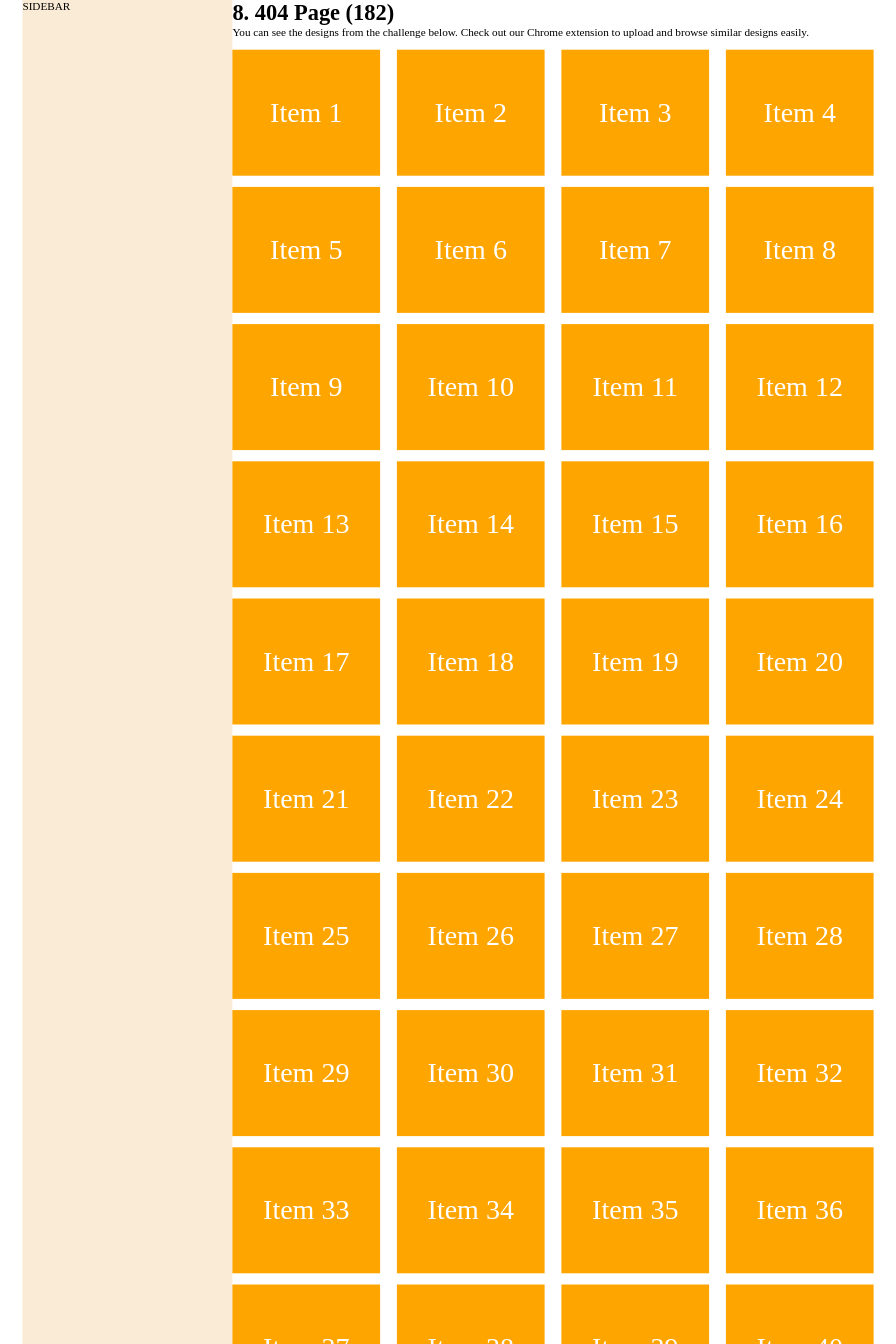
Repository: Huy48552/Grid-base
Page: layout2.html
The author's editor kept a copy of each file at every save. The page is drawn from the files as they stood at one save, then again after the next save.
The browser window is 1280 px wide. The pictures show the part of the page from y = 0 to 1920 px (the page is 4955 px tall), at 70% of full size.

Above is the page before, as saved 2021-08-23 16:04:53.

### layout2.html
<!DOCTYPE html>
<html lang="en">
<head>
    <meta charset="UTF-8">
    <meta http-equiv="X-UA-Compatible" content="IE=edge">
    <meta name="viewport" content="width=device-width, initial-scale=1.0">
    <link rel="stylesheet" href="./base.css">
    <link rel="stylesheet" href="./style.css">
    <title>Document</title>
</head>
<body>
    <div class="main">
        <div class="sidebar hide-on-tablet hide-on-mobile">SIDEBAR</div>

        <div class="content">
           <h1>8. 404 Page (182)</h1>
           <p>You can see the designs from the challenge below. Check out our Chrome extension to upload and browse similar designs easily.</p>

           <div class="row">
               <div class="col l-3 m-4 c-12 ">
                   <div class="item">Item 1</div>
               </div>
               <div class="col l-3 m-4 c-12 ">
                   <div class="item">Item 2</div>
               </div>
               <div class="col l-3 m-4 c-12 ">
                   <div class="item">Item 3</div>
               </div>
               <div class="col l-3 m-4 c-12 ">
                   <div class="item">Item 4</div>
               </div>
               <div class="col l-3 m-4 c-12 ">
                   <div class="item">Item 5</div>
               </div>
               <div class="col l-3 m-4 c-12 ">
                   <div class="item">Item 6</div>
               </div>
               <div class="col l-3 m-4 c-12 ">
                   <div class="item">Item 7</div>
               </div>
               <div class="col l-3 m-4 c-12 ">
                   <div class="item">Item 8</div>
               </div>
               <div class="col l-3 m-4 c-12 ">
                   <div class="item">Item 9</div>
               </div>
               <div class="col l-3 m-4 c-12 ">
                   <div class="item">Item 10</div>
               </div>
               <div class="col l-3 m-4 c-12 ">
                   <div class="item">Item 11</div>
               </div>
               <div class="col l-3 m-4 c-12 ">
                   <div class="item">Item 12</div>
               </div>
               <div class="col l-3 m-4 c-12 ">
                   <div class="item">Item 13</div>
               </div>
               <div class="col l-3 m-4 c-12 ">
                   <div class="item">Item 14</div>
               </div>
               <div class="col l-3 m-4 c-12 ">
                   <div class="item">Item 15</div>
               </div>
               <div class="col l-3 m-4 c-12 ">
                   <div class="item">Item 16</div>
               </div>
               <div class="col l-3 m-4 c-12 ">
                   <div class="item">Item 17</div>
               </div>
               <div class="col l-3 m-4 c-12 ">
                   <div class="item">Item 18</div>
               </div>
               <div class="col l-3 m-4 c-12 ">
                   <div class="item">Item 19</div>
               </div>
               <div class="col l-3 m-4 c-12 ">
                   <div class="item">Item 20</div>
               </div>
               <div class="col l-3 m-4 c-12 ">
                   <div class="item">Item 21</div>
               </div>
               <div class="col l-3 m-4 c-12 ">
                   <div class="item">Item 22</div>
               </div>
               <div class="col l-3 m-4 c-12 ">
                   <div class="item">Item 23</div>
               </div>
               <div class="col l-3 m-4 c-12 ">
                   <div class="item">Item 24</div>
               </div>
               <div class="col l-3 m-4 c-12 ">
                   <div class="item">Item 25</div>
               </div>
               <div class="col l-3 m-4 c-12 ">
                   <div class="item">Item 26</div>
               </div>
               <div class="col l-3 m-4 c-12 ">
                   <div class="item">Item 27</div>
               </div>
               <div class="col l-3 m-4 c-12 ">
                   <div class="item">Item 28</div>
               </div>
               <div class="col l-3 m-4 c-12 ">
                   <div class="item">Item 29</div>
               </div>
               <div class="col l-3 m-4 c-12 ">
                   <div class="item">Item 30</div>
               </div>
               <div class="col l-3 m-4 c-12 ">
                   <div class="item">Item 31</div>
               </div>
               <div class="col l-3 m-4 c-12 ">
                   <div class="item">Item 32</div>
               </div>
               <div class="col l-3 m-4 c-12 ">
                   <div class="item">Item 33</div>
               </div>
               <div class="col l-3 m-4 c-12 ">
                   <div class="item">Item 34</div>
               </div>
               <div class="col l-3 m-4 c-12 ">
                   <div class="item">Item 35</div>
               </div>
               <div class="col l-3 m-4 c-12 ">
                   <div class="item">Item 36</div>
               </div>
               <div class="col l-3 m-4 c-12 ">
                   <div class="item">Item 37</div>
               </div>
               <div class="col l-3 m-4 c-12 ">
                   <div class="item">Item 38</div>
               </div>
               <div class="col l-3 m-4 c-12 ">
                   <div class="item">Item 39</div>
               </div>
               <div class="col l-3 m-4 c-12 ">
                   <div class="item">Item 40</div>
               </div>
               <div class="col l-3 m-4 c-12 ">
                   <div class="item">Item 41</div>
               </div>
               <div class="col l-3 m-4 c-12 ">
                   <div class="item">Item 42</div>
               </div>
               <div class="col l-3 m-4 c-12 ">
                   <div class="item">Item 43</div>
               </div>
               <div class="col l-3 m-4 c-12 ">
                   <div class="item">Item 44</div>
               </div>
               <div class="col l-3 m-4 c-12 ">
                   <div class="item">Item 45</div>
               </div>
               <div class="col l-3 m-4 c-12 ">
                   <div class="item">Item 46</div>
               </div>
               <div class="col l-3 m-4 c-12 ">
                   <div class="item">Item 47</div>
               </div>
               <div class="col l-3 m-4 c-12 ">
                   <div class="item">Item 48</div>
               </div>
               <div class="col l-3 m-4 c-12 ">
                   <div class="item">Item 49</div>
               </div>
               <div class="col l-3 m-4 c-12 ">
                   <div class="item">Item 50</div>
               </div>
               <div class="col l-3 m-4 c-12 ">
                   <div class="item">Item 51</div>
               </div>
               <div class="col l-3 m-4 c-12 ">
                   <div class="item">Item 52</div>
               </div>
               <div class="col l-3 m-4 c-12 ">
                   <div class="item">Item 53</div>
               </div>
               <div class="col l-3 m-4 c-12 ">
                   <div class="item">Item 54</div>
               </div>
               <div class="col l-3 m-4 c-12 ">
                   <div class="item">Item 55</div>
               </div>
               <div class="col l-3 m-4 c-12 ">
                   <div class="item">Item 56</div>
               </div>
               <div class="col l-3 m-4 c-12 ">
                   <div class="item">Item 57</div>
               </div>
               <div class="col l-3 m-4 c-12 ">
                   <div class="item">Item 58</div>
               </div>
               <div class="col l-3 m-4 c-12 ">
                   <div class="item">Item 59</div>
               </div>
               <div class="col l-3 m-4 c-12 ">
                   <div class="item">Item 60</div>
               </div>
               <div class="col l-3 m-4 c-12 ">
                   <div class="item">Item 61</div>
               </div>
               <div class="col l-3 m-4 c-12 ">
                   <div class="item">Item 62</div>
               </div>
               <div class="col l-3 m-4 c-12 ">
                   <div class="item">Item 63</div>
               </div>
               <div class="col l-3 m-4 c-12 ">
                   <div class="item">Item 64</div>
               </div>
               <div class="col l-3 m-4 c-12 ">
                   <div class="item">Item 65</div>
               </div>
               <div class="col l-3 m-4 c-12 ">
                   <div class="item">Item 66</div>
               </div>
               <div class="col l-3 m-4 c-12 ">
                   <div class="item">Item 67</div>
               </div>
               <div class="col l-3 m-4 c-12 ">
                   <div class="item">Item 68</div>
               </div>
               <div class="col l-3 m-4 c-12 ">
                   <div class="item">Item 69</div>
               </div>
               <div class="col l-3 m-4 c-12 ">
                   <div class="item">Item 70</div>
               </div>
               <div class="col l-3 m-4 c-12 ">
                   <div class="item">Item 71</div>
               </div>
               <div class="col l-3 m-4 c-12 ">
                   <div class="item">Item 72</div>
               </div>
               <div class="col l-3 m-4 c-12 ">
                   <div class="item">Item 73</div>
               </div>
               <div class="col l-3 m-4 c-12 ">
                   <div class="item">Item 74</div>
               </div>
               <div class="col l-3 m-4 c-12 ">
                   <div class="item">Item 75</div>
               </div>
               <div class="col l-3 m-4 c-12 ">
                   <div class="item">Item 76</div>
               </div>
               <div class="col l-3 m-4 c-12 ">
                   <div class="item">Item 77</div>
               </div>
               <div class="col l-3 m-4 c-12 ">
                   <div class="item">Item 78</div>
               </div>
               <div class="col l-3 m-4 c-12 ">
                   <div class="item">Item 79</div>
               </div>
               <div class="col l-3 m-4 c-12 ">
                   <div class="item">Item 80</div>
               </div>
               <div class="col l-3 m-4 c-12 ">
                   <div class="item">Item 81</div>
               </div>
               <div class="col l-3 m-4 c-12 ">
                   <div class="item">Item 82</div>
               </div>
               <div class="col l-3 m-4 c-12 ">
                   <div class="item">Item 83</div>
               </div>
               <div class="col l-3 m-4 c-12 ">
                   <div class="item">Item 84</div>
               </div>
               <div class="col l-3 m-4 c-12 ">
                   <div class="item">Item 85</div>
               </div>
               <div class="col l-3 m-4 c-12 ">
                   <div class="item">Item 86</div>
               </div>
               <div class="col l-3 m-4 c-12 ">
                   <div class="item">Item 87</div>
               </div>
               <div class="col l-3 m-4 c-12 ">
                   <div class="item">Item 88</div>
               </div>
               <div class="col l-3 m-4 c-12 ">
                   <div class="item">Item 89</div>
               </div>
               <div class="col l-3 m-4 c-12 ">
                   <div class="item">Item 90</div>
               </div>
               <div class="col l-3 m-4 c-12 ">
                   <div class="item">Item 91</div>
               </div>
               <div class="col l-3 m-4 c-12 ">
                   <div class="item">Item 92</div>
               </div>
               <div class="col l-3 m-4 c-12 ">
                   <div class="item">Item 93</div>
               </div>
               <div class="col l-3 m-4 c-12 ">
                   <div class="item">Item 94</div>
               </div>
               <div class="col l-3 m-4 c-12 ">
                   <div class="item">Item 95</div>
               </div>
               <div class="col l-3 m-4 c-12 ">
                   <div class="item">Item 96</div>
               </div>
               <div class="col l-3 m-4 c-12 ">
                   <div class="item">Item 97</div>
               </div>
               <div class="col l-3 m-4 c-12 ">
                   <div class="item">Item 98</div>
               </div>
               <div class="col l-3 m-4 c-12 ">
                   <div class="item">Item 99</div>
               </div>
               <div class="col l-3 m-4 c-12 ">
                   <div class="item">Item 100</div>
               </div>
           </div>
        </div>
    </div>
</body>
</html>

### base.css
.grid {
    width: 100%;
    display: block;
    padding: 0;
}

.grid.wide {
    max-width: 1200px;
    margin: 0 auto;
}

.row {
    display: flex;
    flex-wrap: wrap;
    margin-left: -4px;
    margin-right: -4px;
}

.row.no-gutters {
    margin-left: 0;
    margin-right: 0;
}

.col {
    padding-left: 4px;
    padding-right: 4px;
}

.row.no-gutters .col {
    padding-left: 0;
    padding-right: 0;
}

.c-0 {
    display: none;
}

.c-1 {
    flex: 0 0 8.33333%;
    max-width: 8.33333%;
}

.c-2 {
    flex: 0 0 16.66667%;
    max-width: 16.66667%;
}

.c-3 {
    flex: 0 0 25%;
    max-width: 25%;
}

.c-4 {
    flex: 0 0 33.33333%;
    max-width: 33.33333%;
}

.c-5 {
    flex: 0 0 41.66667%;
    max-width: 41.66667%;
}

.c-6 {
    flex: 0 0 50%;
    max-width: 50%;
}

.c-7 {
    flex: 0 0 58.33333%;
    max-width: 58.33333%;
}

.c-8 {
    flex: 0 0 66.66667%;
    max-width: 66.66667%;
}

.c-9 {
    flex: 0 0 75%;
    max-width: 75%;
}

.c-10 {
    flex: 0 0 83.33333%;
    max-width: 83.33333%;
}

.c-11 {
    flex: 0 0 91.66667%;
    max-width: 91.66667%;
}

.c-12 {
    flex: 0 0 100%;
    max-width: 100%;
}

.c-o-1 {
    margin-left: 8.33333%;
}

.c-o-2 {
    margin-left: 16.66667%;
}

.c-o-3 {
    margin-left: 25%;
}

.c-o-4 {
    margin-left: 33.33333%;
}

.c-o-5 {
    margin-left: 41.66667%;
}

.c-o-6 {
    margin-left: 50%;
}

.c-o-7 {
    margin-left: 58.33333%;
}

.c-o-8 {
    margin-left: 66.66667%;
}

.c-o-9 {
    margin-left: 75%;
}

.c-o-10 {
    margin-left: 83.33333%;
}

.c-o-11 {
    margin-left: 91.66667%;
}

/* >= Tablet */
@media (min-width: 740px) {
    .row {
        margin-left: -8px;
        margin-right: -8px;
    }

    .col {
        padding-left: 8px;
        padding-right: 8px;
    }

    .m-0 {
        display: none;
    }

    .m-1,
    .m-2,
    .m-3,
    .m-4,
    .m-5,
    .m-6,
    .m-7,
    .m-8,
    .m-9,
    .m-10,
    .m-11,
    .m-12 {
        display: block;
    }

    .m-1 {
        flex: 0 0 8.33333%;
        max-width: 8.33333%;
    }

    .m-2 {
        flex: 0 0 16.66667%;
        max-width: 16.66667%;
    }

    .m-3 {
        flex: 0 0 25%;
        max-width: 25%;
    }

    .m-4 {
        flex: 0 0 33.33333%;
        max-width: 33.33333%;
    }

    .m-5 {
        flex: 0 0 41.66667%;
        max-width: 41.66667%;
    }

    .m-6 {
        flex: 0 0 50%;
        max-width: 50%;
    }

    .m-7 {
        flex: 0 0 58.33333%;
        max-width: 58.33333%;
    }

    .m-8 {
        flex: 0 0 66.66667%;
        max-width: 66.66667%;
    }

    .m-9 {
        flex: 0 0 75%;
        max-width: 75%;
    }

    .m-10 {
        flex: 0 0 83.33333%;
        max-width: 83.33333%;
    }

    .m-11 {
        flex: 0 0 91.66667%;
        max-width: 91.66667%;
    }

    .m-12 {
        flex: 0 0 100%;
        max-width: 100%;
    }

    .m-o-1 {
        margin-left: 8.33333%;
    }

    .m-o-2 {
        margin-left: 16.66667%;
    }

    .m-o-3 {
        margin-left: 25%;
    }

    .m-o-4 {
        margin-left: 33.33333%;
    }

    .m-o-5 {
        margin-left: 41.66667%;
    }

    .m-o-6 {
        margin-left: 50%;
    }

    .m-o-7 {
        margin-left: 58.33333%;
    }

    .m-o-8 {
        margin-left: 66.66667%;
    }

    .m-o-9 {
        margin-left: 75%;
    }

    .m-o-10 {
        margin-left: 83.33333%;
    }

    .m-o-11 {
        margin-left: 91.66667%;
    }
}

/* PC medium resolution > */
@media (min-width: 1113px) {
    .row {
        margin-left: -12px;
        margin-right: -12px;
    }

    .row.sm-gutter {
        margin-left: -5px;
        margin-right: -5px;
    }

    .col {
        padding-left: 12px;
        padding-right: 12px;
    }

    .row.sm-gutter .col {
        padding-left: 5px;
        padding-right: 5px;
    }

    .l-0 {
        display: none;
    }

    .l-1,
    .l-2,
    .l-2-4,
    .l-3,
    .l-4,
    .l-5,
    .l-6,
    .l-7,
    .l-8,
    .l-9,
    .l-10,
    .l-11,
    .l-12 {
        display: block;
    }

    .l-1 {
        flex: 0 0 8.33333%;
        max-width: 8.33333%;
    }

    .l-2 {
        flex: 0 0 16.66667%;
        max-width: 16.66667%;
    }

    .l-2-4 {
        flex: 0 0 20%;
        max-width: 20%;
    }

    .l-3 {
        flex: 0 0 25%;
        max-width: 25%;
    }

    .l-4 {
        flex: 0 0 33.33333%;
        max-width: 33.33333%;
    }

    .l-5 {
        flex: 0 0 41.66667%;
        max-width: 41.66667%;
    }

    .l-6 {
        flex: 0 0 50%;
        max-width: 50%;
    }

    .l-7 {
        flex: 0 0 58.33333%;
        max-width: 58.33333%;
    }

    .l-8 {
        flex: 0 0 66.66667%;
        max-width: 66.66667%;
    }

    .l-9 {
        flex: 0 0 75%;
        max-width: 75%;
    }

    .l-10 {
        flex: 0 0 83.33333%;
        max-width: 83.33333%;
    }

    .l-11 {
        flex: 0 0 91.66667%;
        max-width: 91.66667%;
    }

    .l-12 {
        flex: 0 0 100%;
        max-width: 100%;
    }

    .l-o-1 {
        margin-left: 8.33333%;
    }

    .l-o-2 {
        margin-left: 16.66667%;
    }

    .l-o-3 {
        margin-left: 25%;
    }

    .l-o-4 {
        margin-left: 33.33333%;
    }

    .l-o-5 {
        margin-left: 41.66667%;
    }

    .l-o-6 {
        margin-left: 50%;
    }

    .l-o-7 {
        margin-left: 58.33333%;
    }

    .l-o-8 {
        margin-left: 66.66667%;
    }

    .l-o-9 {
        margin-left: 75%;
    }

    .l-o-10 {
        margin-left: 83.33333%;
    }

    .l-o-11 {
        margin-left: 91.66667%;
    }
}

/* Tablet - PC low resolution */
@media (min-width: 740px) and (max-width: 1023px) {
    .wide {
        width: 644px;
    }
}

/* > PC low resolution */
@media (min-width: 1024px) and (max-width: 1239px) {
    .wide {
        width: 984px;
    }

    .wide .row {
        margin-left: -12px;
        margin-right: -12px;
    }

    .wide .row.sm-gutter {
        margin-left: -5px;
        margin-right: -5px;
    }

    .wide .col {
        padding-left: 12px;
        padding-right: 12px;
    }

    .wide .row.sm-gutter .col {
        padding-left: 5px;
        padding-right: 5px;
    }

    .wide .l-0 {
        display: none;
    }

    .wide .l-1,
    .wide .l-2,
    .wide .l-2-4,
    .wide .l-3,
    .wide .l-4,
    .wide .l-5,
    .wide .l-6,
    .wide .l-7,
    .wide .l-8,
    .wide .l-9,
    .wide .l-10,
    .wide .l-11,
    .wide .l-12 {
        display: block;
    }

    .wide .l-1 {
        flex: 0 0 8.33333%;
        max-width: 8.33333%;
    }

    .wide .l-2 {
        flex: 0 0 16.66667%;
        max-width: 16.66667%;
    }

    .wide .l-2-4 {
        flex: 0 0 20%;
        max-width: 20%;
    }

    .wide .l-3 {
        flex: 0 0 25%;
        max-width: 25%;
    }

    .wide .l-4 {
        flex: 0 0 33.33333%;
        max-width: 33.33333%;
    }

    .wide .l-5 {
        flex: 0 0 41.66667%;
        max-width: 41.66667%;
    }

    .wide .l-6 {
        flex: 0 0 50%;
        max-width: 50%;
    }

    .wide .l-7 {
        flex: 0 0 58.33333%;
        max-width: 58.33333%;
    }

    .wide .l-8 {
        flex: 0 0 66.66667%;
        max-width: 66.66667%;
    }

    .wide .l-9 {
        flex: 0 0 75%;
        max-width: 75%;
    }

    .wide .l-10 {
        flex: 0 0 83.33333%;
        max-width: 83.33333%;
    }

    .wide .l-11 {
        flex: 0 0 91.66667%;
        max-width: 91.66667%;
    }

    .wide .l-12 {
        flex: 0 0 100%;
        max-width: 100%;
    }

    .wide .l-o-1 {
        margin-left: 8.33333%;
    }

    .wide .l-o-2 {
        margin-left: 16.66667%;
    }

    .wide .l-o-3 {
        margin-left: 25%;
    }

    .wide .l-o-4 {
        margin-left: 33.33333%;
    }

    .wide .l-o-5 {
        margin-left: 41.66667%;
    }

    .wide .l-o-6 {
        margin-left: 50%;
    }

    .wide .l-o-7 {
        margin-left: 58.33333%;
    }

    .wide .l-o-8 {
        margin-left: 66.66667%;
    }

    .wide .l-o-9 {
        margin-left: 75%;
    }

    .wide .l-o-10 {
        margin-left: 83.33333%;
    }

    .wide .l-o-11 {
        margin-left: 91.66667%;
    }
}

### style.css
* {
    padding: 0;
    margin: 0;
    box-sizing: border-box;
}

.item {
    margin-top: 16px;
    font-size: 40px;
    color: #fff;
    text-align: center;
    min-height: 180px;
    line-height: 180px;
    background-color: orange;
}

.main {
    display: flex;
    padding: 0 32px;
}

.sidebar {
    width: 300px;
    background-color: antiquewhite;
}

.content {
    flex: 1;
}

@media (min-width: 740px) and (max-width: 1023px) {
    .hide-on-tablet {
        display: none;
    }
}

@media (max-width: 739px) {
    .hide-on-mobile {
        display: none;
    }
}

After the next save:
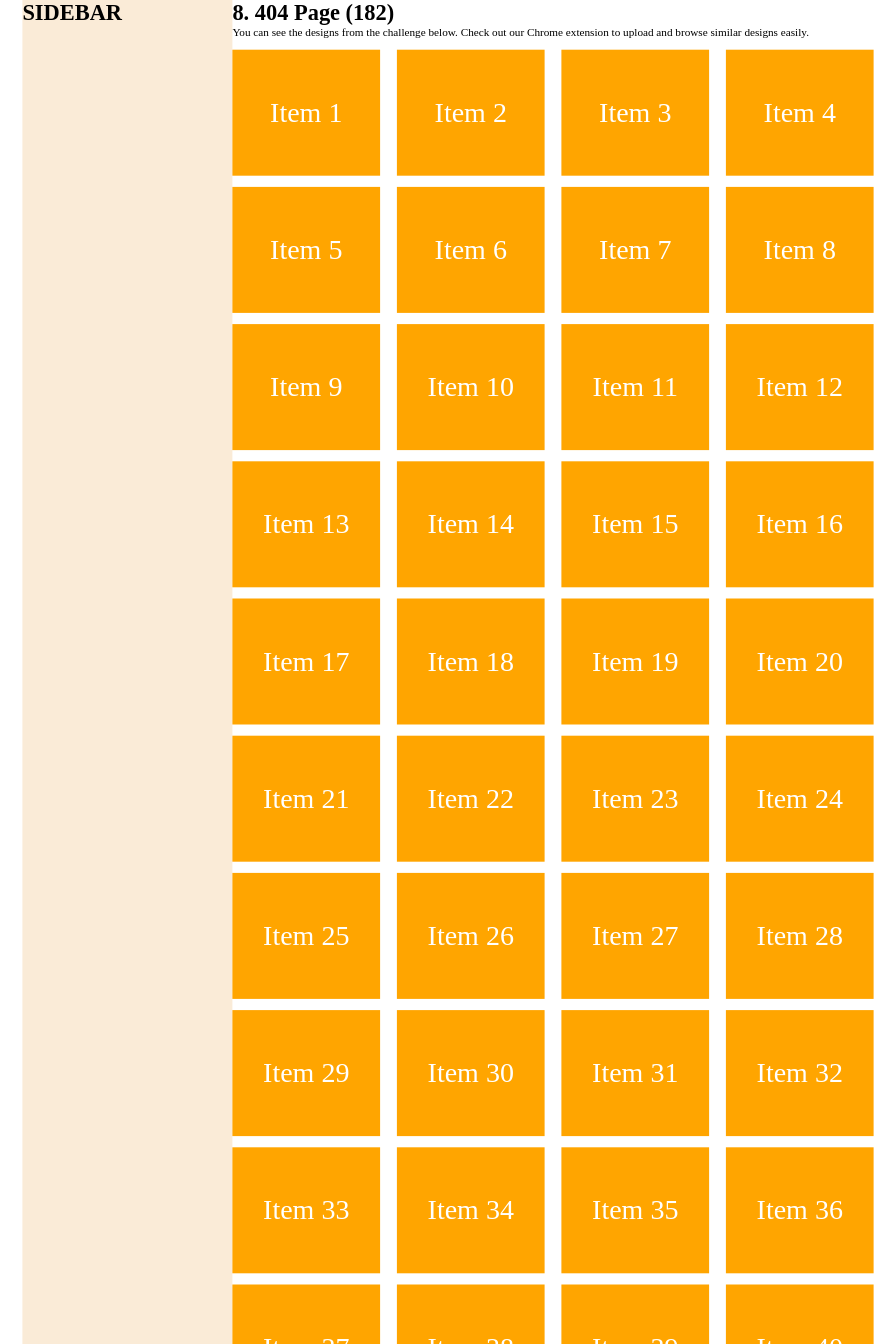
Saved 8 min 46 s later.
--- a/layout2.html
+++ b/layout2.html
@@ -10,7 +10,9 @@
 </head>
 <body>
     <div class="main">
-        <div class="sidebar hide-on-tablet hide-on-mobile">SIDEBAR</div>
+        <div class="sidebar hide-on-tablet hide-on-mobile">
+            <h1>SIDEBAR</h1>
+        </div>
 
         <div class="content">
            <h1>8. 404 Page (182)</h1>
